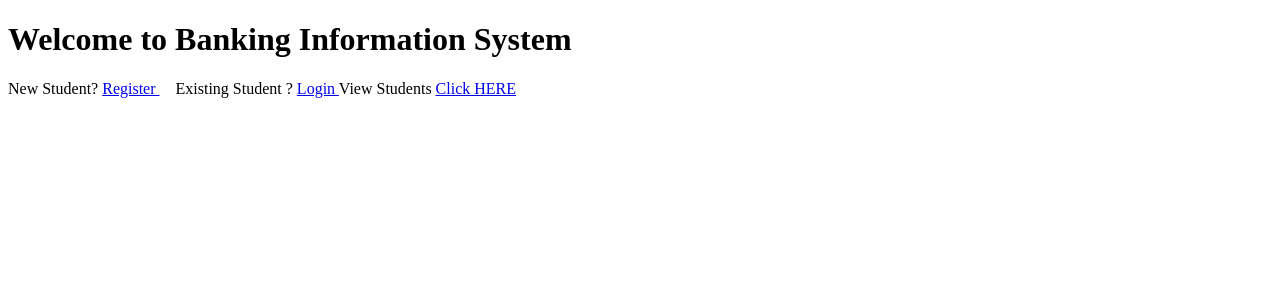
Repository: MarthaLaundyBlair/java-web-app
Page: http://localhost/banking/
An editor plug-in stored every save of this project. The page is shown before and after the next save, followed by the edit.
The browser window is 1280 px wide. The pictures show the whole page.
The page is served by Tomcat 9. Other server files are loaded and not shown.

Above is the page before, as saved 2022-05-17 14:23:46.

### banking/src/main/webapp/index.jsp
<%@ page language="java" contentType="text/html; charset=ISO-8859-1"
    pageEncoding="ISO-8859-1"%>
<!DOCTYPE html>
<html>
<head>
<meta charset="ISO-8859-1">
<title> Index Page </title>
</head>
<body>

   <h1> Welcome to Banking Information System </h1>


   New Student? <a href="register.jsp"> Register </a> &nbsp;&nbsp;&nbsp;

   Existing Student ? <a href="login.jsp"> Login </a>



   View Students <a href="http://localhost:8080/banking/LoadStudentsServlet"> Click HERE </a>

</body>
</html>

After the next save:
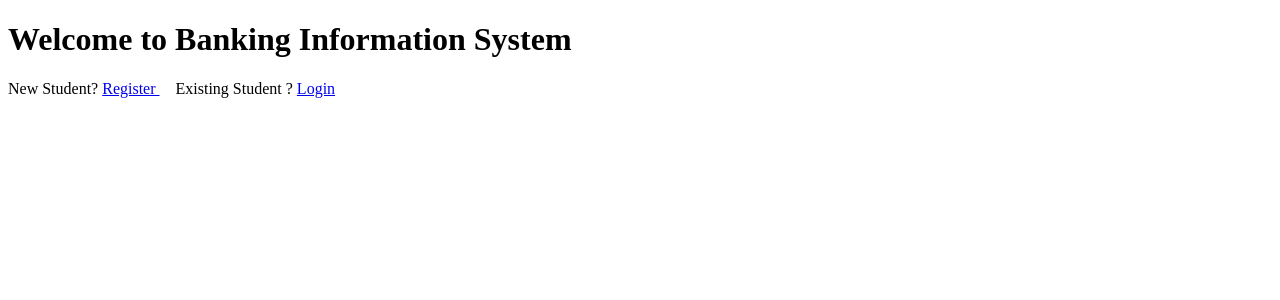
Saved 13 s later.
--- a/banking/src/main/webapp/index.jsp
+++ b/banking/src/main/webapp/index.jsp
@@ -16,8 +16,5 @@
    Existing Student ? <a href="login.jsp"> Login </a>
 
 
-
-   View Students <a href="http://localhost:8080/banking/LoadStudentsServlet"> Click HERE </a>
-
 </body>
 </html>
